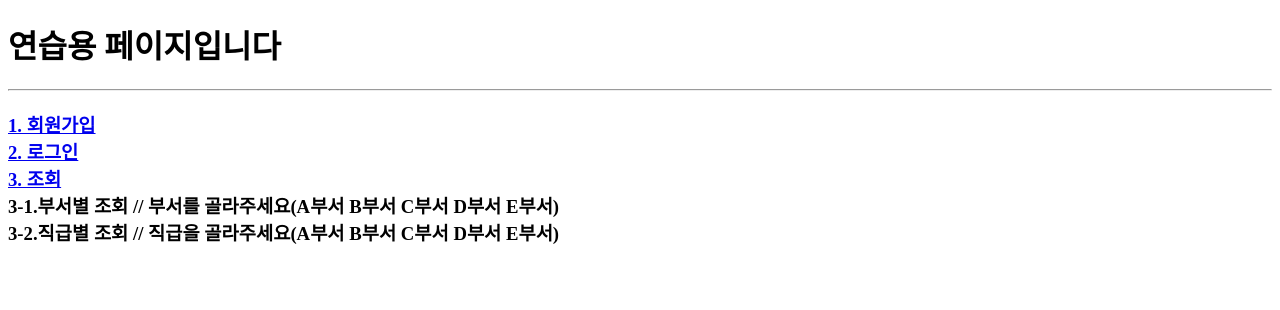
Repository: loseminho/khAcademy-Study
Page: http://localhost/02_SpringMVC_CRUD_TEST/
An editor plug-in stored every save of this project. The page is shown before and after the next save, followed by the edit.
The browser window is 1280 px wide. The pictures show the whole page.
The page is served by Tomcat 9.

Above is the page before, as saved 2022-09-30 09:08:00.

After the next save:
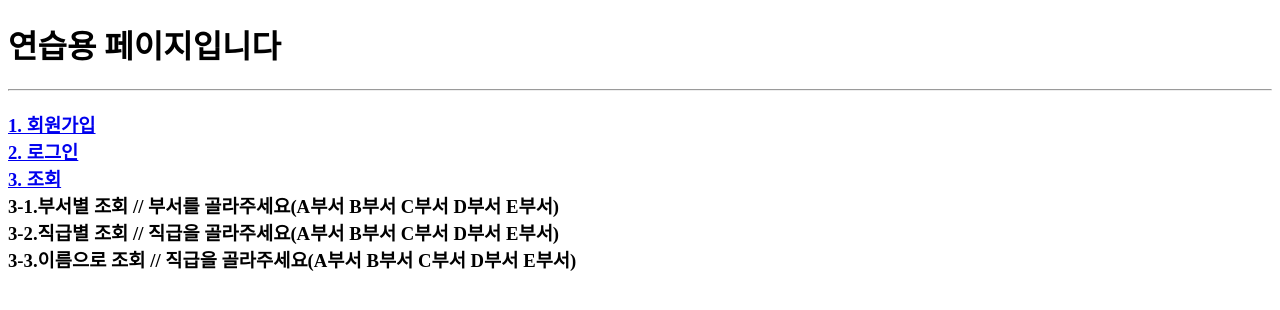
Saved 15 s later.
--- a/spring/workspace-sts-3.9.13.RELEASE/02_SpringMVC_CRUD_TEST/src/main/webapp/index.jsp
+++ b/spring/workspace-sts-3.9.13.RELEASE/02_SpringMVC_CRUD_TEST/src/main/webapp/index.jsp
@@ -15,7 +15,7 @@
 		<a href="/">3. 조회</a><br>
 		3-1.부서별 조회 // 부서를 골라주세요(A부서  B부서  C부서  D부서  E부서)<br>
 		3-2.직급별 조회 // 직급을 골라주세요(A부서  B부서  C부서  D부서  E부서)<br>
-
+		3-3.이름으로 조회 // 직급을 골라주세요(A부서  B부서  C부서  D부서  E부서)<br>
 	</h3>
 </body>
 </html>
